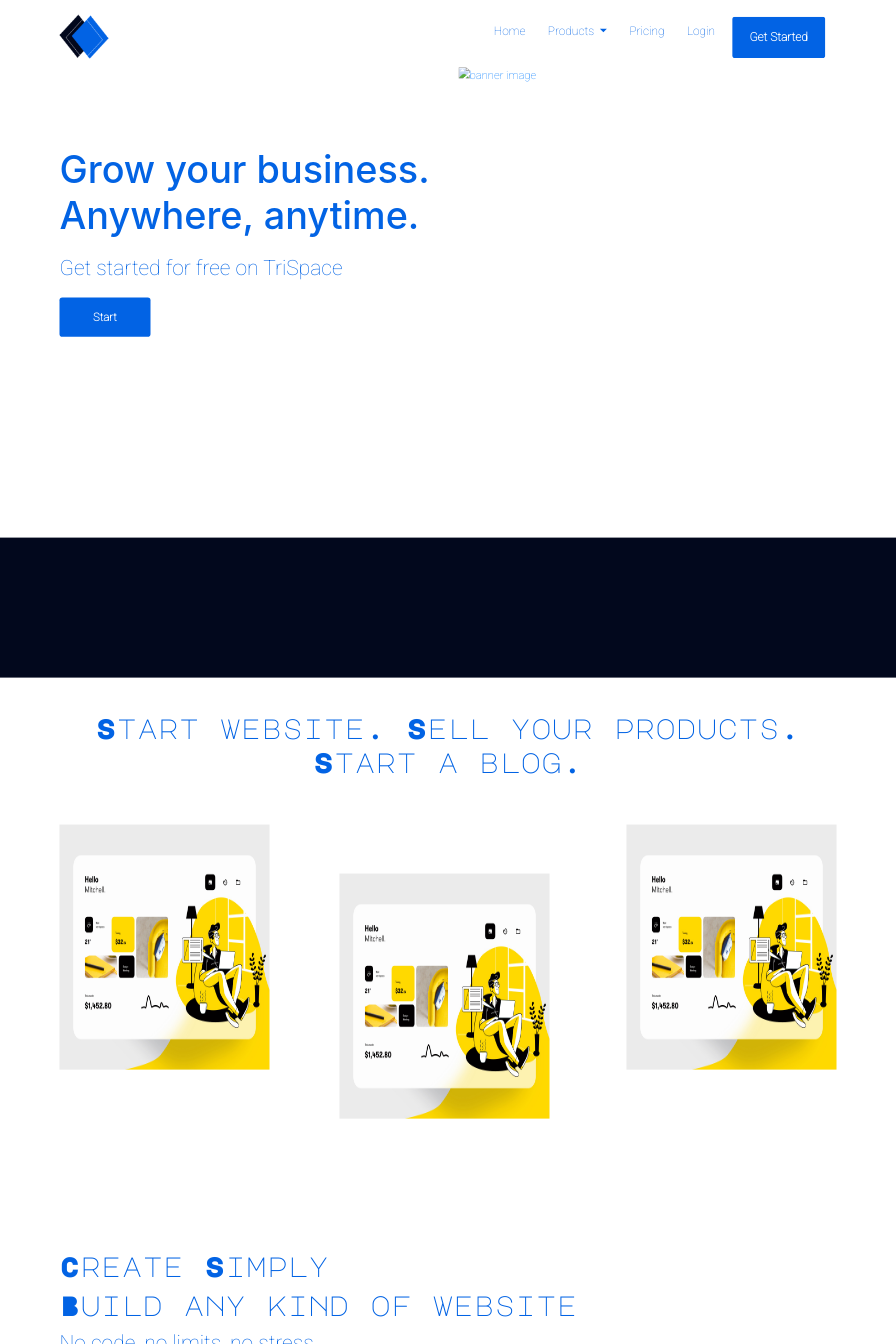
Repository: latenightsnacc/TriSpace
Page: HTML/index.html
The author's editor kept a copy of each file at every save. The page is drawn from the files as they stood at one save, then again after the next save.
The browser window is 1280 px wide. The pictures show the part of the page from y = 0 to 1920 px (the page is 5330 px tall), at 70% of full size.
The style sheet was rebuilt from its Sass, Less or Tailwind sources for each picture, by a compiler version that may differ from the author's.

Above is the page before, as saved 2020-11-12 10:45:48.

After the next save:
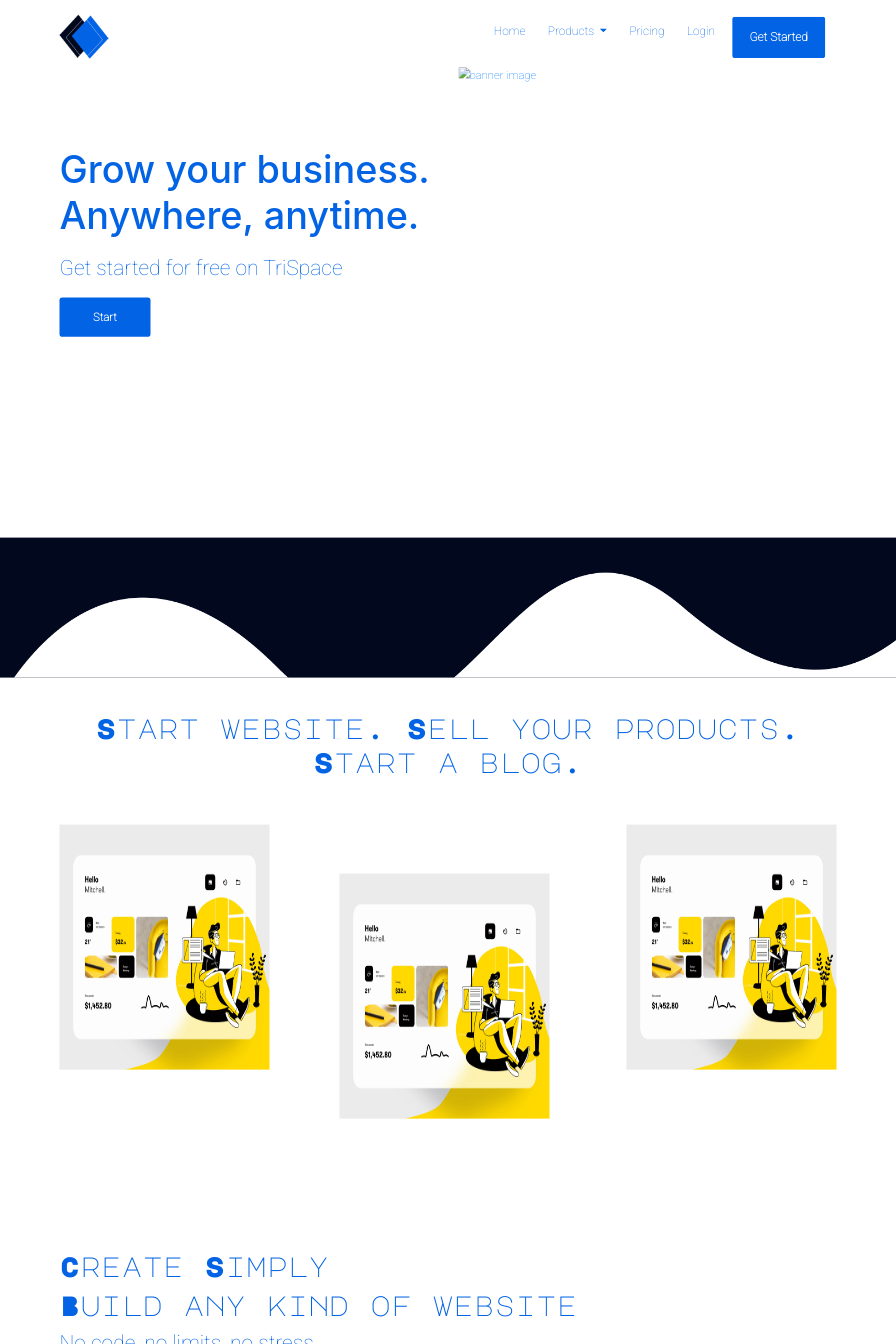
Saved 40 s later.
--- a/HTML/styles/stylesheet.scss
+++ b/HTML/styles/stylesheet.scss
@@ -178,6 +178,6 @@ section.wave {
     left: 0;
     width: 100%;
     height: 150px;
-    background: url('') ;
+    background: url('/HTML/assets/wave.png') ;
     background-size: cover;
 }
